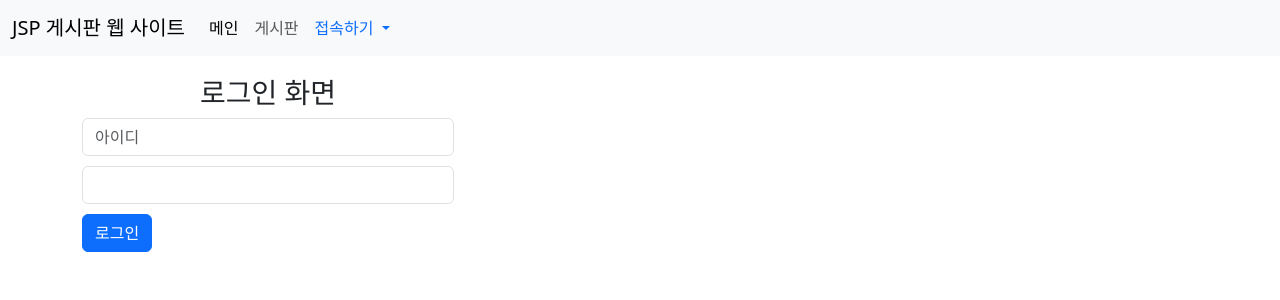
Repository: jeongjimin0/Jeongjimin
Page: http://localhost/WebTest/login.jsp
These files come from the project's save history. The page is drawn as it stood at one moment and after the next save; the edit follows.
The browser window is 1280 px wide. The pictures show the whole page.
The page is served by Tomcat 9. Other server files are loaded and not shown.

Above is the page before, as saved 2023-02-27 14:22:35.

### projects/WebTest/src/main/webapp/login.jsp
<%@ page language="java" contentType="text/html; charset=UTF-8"
    pageEncoding="UTF-8"%>
<!DOCTYPE html>
<html>
<head>
<meta charset="UTF-8">
<meta name="viewport" content="width=device-width", initial-scale="1">
<link rel="stylesheet" href="css/bootstrap.css">
<title>JSP 게시판 웹 사이트</title>
</head>
<body>
<nav class="navbar navbar-expand-lg bg-body-tertiary">
  <div class="container-fluid">
    <a class="navbar-brand">JSP 게시판 웹 사이트</a>
    <div class="collapse navbar-collapse" id="navbarSupportedContent">
      <ul class="navbar-nav me-auto mb-2 mb-lg-0">
        <li class="nav-item">
          <a class="nav-link active" aria-current="page" href="#">메인</a>
        </li>
        <li class="nav-item">
          <a class="nav-link" href="#">게시판</a>
        </li>

        <ul class="nav justify-content-end">
        <li class="dropdown">
          <a class="nav-link dropdown-toggle" href="#" role="button" data-bs-toggle="dropdown" aria-expanded="false">
            접속하기
          </a>
          <ul class="dropdown-menu">
            <li><a class="dropdown-item" href="login.jsp">로그인</a></li>
            <li><a class="dropdown-item" href="join.jsp">회원가입</a></li>
          </ul>
        </li>
      </ul>
    </div>
    </div>
</nav>
<div class="container">
	<div class="col-lg-4"></div>
	<div class="col-lg-4">
		<div class="jumbotron" style="padding-top: 20px;">
			<form method="post" action="loginAction.jsp">
				<h3 style="text-align: center;">로그인 화면</h3>
				<div class="form-group" style="padding-bottom: 10px;">
					<input type="text" class="form-control" placeholder="아이디" name="userID" maxlenth="20">
				</div>
				<div class="form-group" style="padding-bottom: 10px;">
					<input type="password" class="form-control" plachholder="비밀번호" name="userPW" maxlenth="20">
				</div>
				<input type="submit" class="btn btn-primary from-control" value="로그인">
				</form>
				</div>
				</div>
	<div class="col-lg-4"></div>
</div>

<script src="https://cdn.jsdelivr.net/npm/bootstrap@5.3.0-alpha1/dist/js/bootstrap.bundle.min.js" integrity="sha384-w76AqPfDkMBDXo30jS1Sgez6pr3x5MlQ1ZAGC+nuZB+EYdgRZgiwxhTBTkF7CXvN" crossorigin="anonymous"></script>
</body>
</html>

Loaded but not shown: projects/WebTest/src/main/webapp/css/bootstrap.css (library)

After the next save:
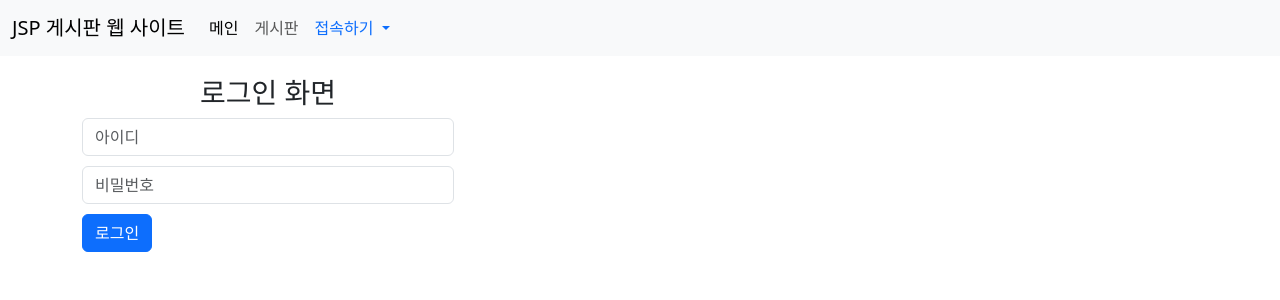
Saved 2 min 12 s later.
--- a/projects/WebTest/src/main/webapp/login.jsp
+++ b/projects/WebTest/src/main/webapp/login.jsp
@@ -45,7 +45,7 @@
 					<input type="text" class="form-control" placeholder="아이디" name="userID" maxlenth="20">
 				</div>
 				<div class="form-group" style="padding-bottom: 10px;">
-					<input type="password" class="form-control" plachholder="비밀번호" name="userPW" maxlenth="20">
+					<input type="password" class="form-control" placeholder="비밀번호" name="userPW" maxlenth="20">
 				</div>
 				<input type="submit" class="btn btn-primary from-control" value="로그인">
 				</form>
